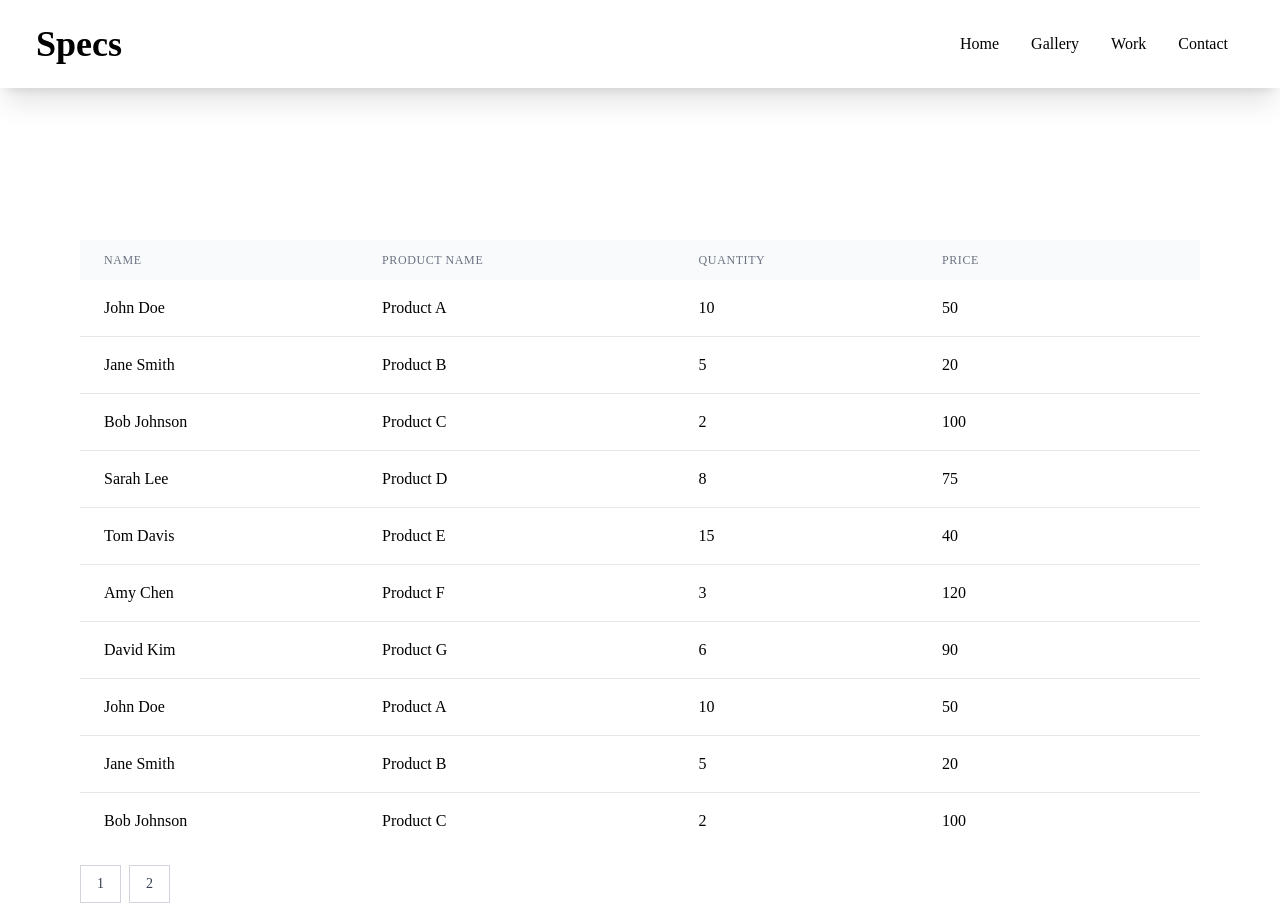
Repository: rushit163/frames-ecommerce
Page: /
An editor plug-in stored every save of this project. The page is shown before and after the next save, followed by the edit.
The browser window is 1280 px wide. The pictures show the whole page.
The project was rebuilt for these pictures with package versions that can differ from the ones it lists, and the page was loaded fresh each time. The framework's server and built-in components were replaced by stand-ins that run in the browser. Also part of the build but not shown: next.config.js.

Above is the page before, as saved 2023-05-06 07:11:21.

After the next save:
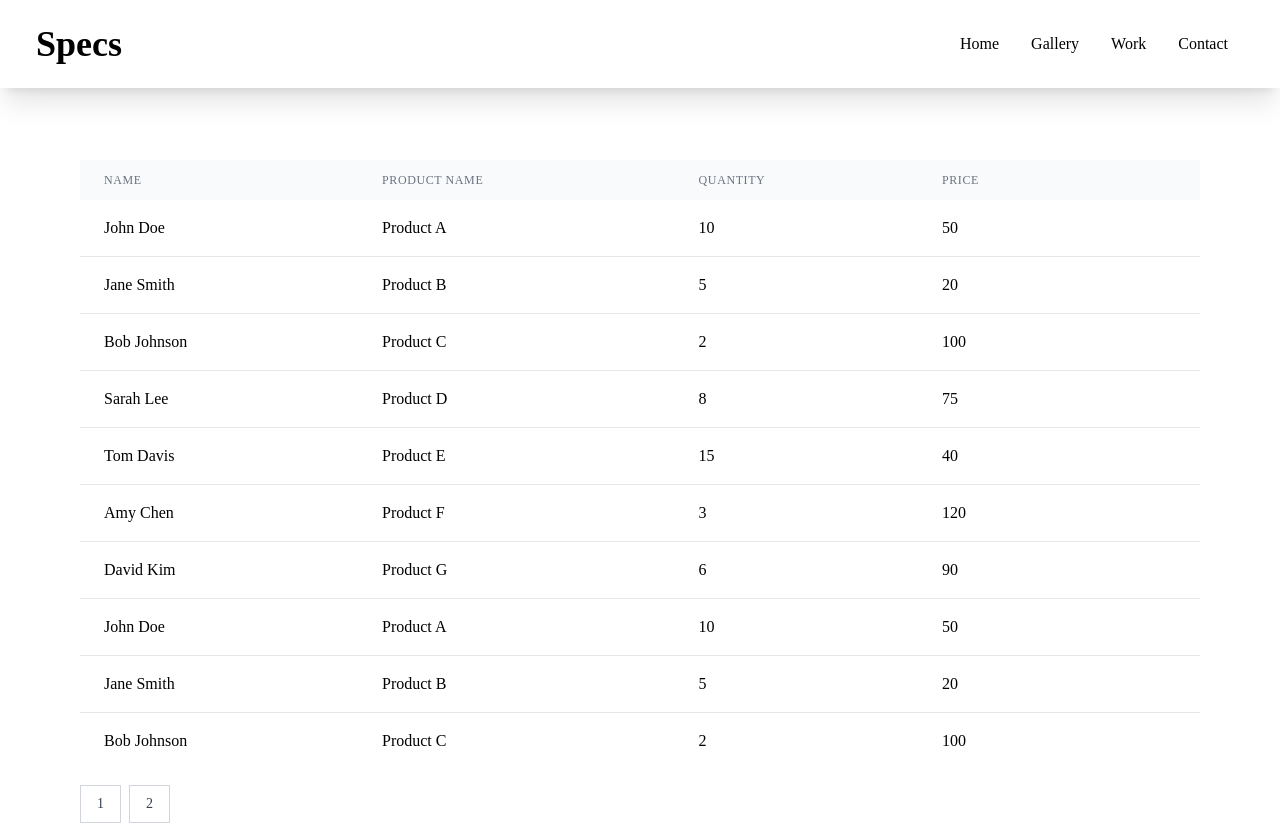
Saved 29 s later.
--- a/pages/Admin_homePage.tsx
+++ b/pages/Admin_homePage.tsx
@@ -135,8 +135,8 @@ const products = [
   <>
     <Navbar/>
     <div className="flex items-center justify-center h-screen md:pl-20 md:pr-20">
-      <div className="w-full h-[calc(80vh-10rem)]">
-        <table className="w-full ">
+      <div className="w-full h-[80vh]">
+        <table className="w-full">
           <thead className="bg-gray-50">
             <tr>
               <th
